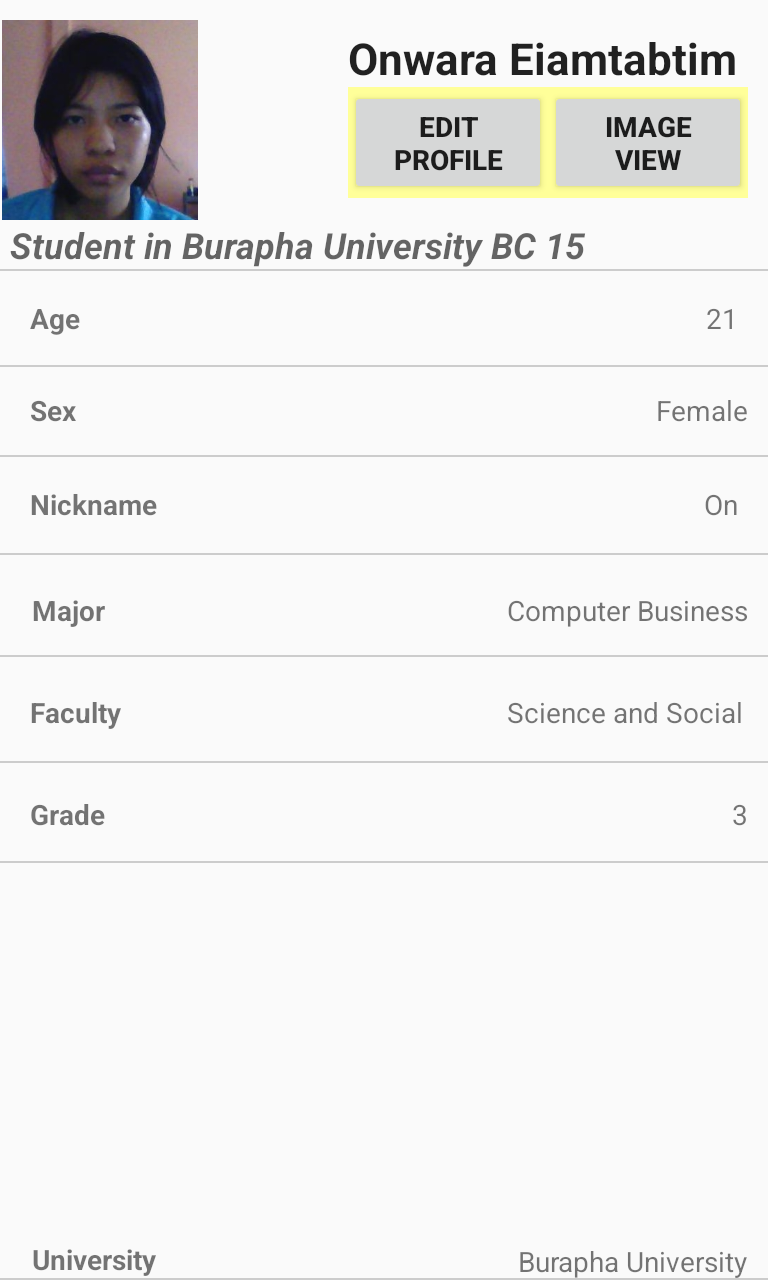
Repository: Android55410599/PROFILE
Layout: Resume_55410559/res/layout/activity_main.xml
The author's editor kept a copy of each file at every save. The layout is drawn from the files as they stood at one save, then again after the next save.
It is drawn on a 768 x 1280 px phone screen (xhdpi) without system bars, with theme AppTheme; the app's code is not run.

Above is the layout before, as saved 2014-09-03 13:26:19.

After the next save:
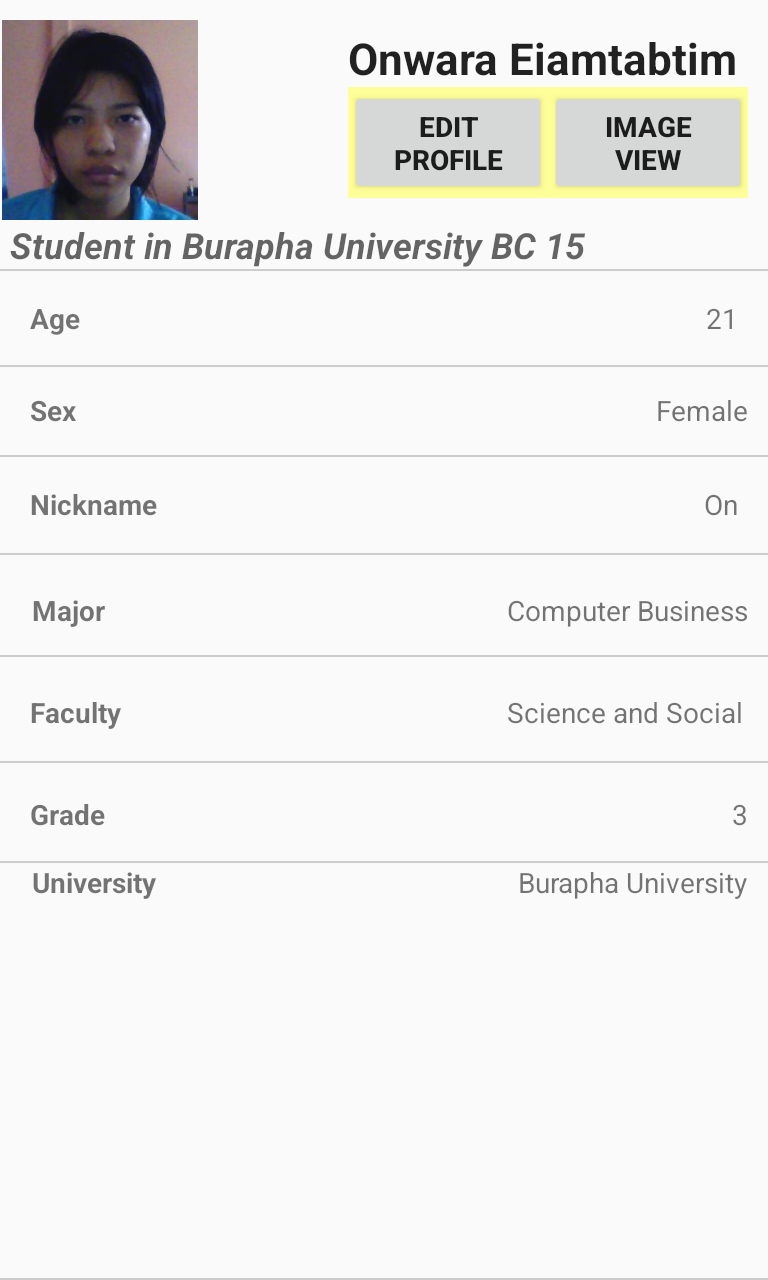
Saved 33 s later.
--- a/Resume_55410559/res/layout/activity_main.xml
+++ b/Resume_55410559/res/layout/activity_main.xml
@@ -239,38 +239,39 @@
         android:text="Grade"
         android:textStyle="bold" />
 
+    <View
+        android:id="@+id/View05"
+        android:layout_width="wrap_content"
+        android:layout_height="1dp"
+        android:layout_alignParentBottom="true"
+        android:layout_alignParentLeft="true"
+        android:background="#cccccc" />
+
+    <View
+        android:id="@+id/View04"
+        android:layout_width="wrap_content"
+        android:layout_height="1dp"
+        android:layout_alignParentLeft="true"
+        android:layout_below="@+id/textView14"
+        android:layout_marginTop="14dp"
+        android:background="#cccccc" />
+
+    <TextView
+        android:id="@+id/textView15"
+        android:layout_width="wrap_content"
+        android:layout_height="wrap_content"
+        android:layout_alignLeft="@+id/textView9"
+        android:layout_below="@+id/View04"
+        android:text="University"
+        android:textStyle="bold" />
+
     <TextView
         android:id="@+id/textView16"
         android:layout_width="wrap_content"
         android:layout_height="wrap_content"
-        android:layout_alignBottom="@+id/View05"
+        android:layout_alignBaseline="@+id/textView15"
+        android:layout_alignBottom="@+id/textView15"
         android:layout_alignRight="@+id/textView10"
         android:text="Burapha University" />
 
-    <View
-        android:id="@+id/View05"
-        android:layout_width="wrap_content"
-        android:layout_height="1dp"
-        android:layout_alignParentBottom="true"
-        android:layout_alignParentLeft="true"
-        android:background="#cccccc" />
-
-    <TextView
-        android:id="@+id/textView15"
-        android:layout_width="wrap_content"
-        android:layout_height="wrap_content"
-        android:layout_above="@+id/View05"
-        android:layout_alignLeft="@+id/textView9"
-        android:text="University"
-        android:textStyle="bold" />
-
-    <View
-        android:id="@+id/View04"
-        android:layout_width="wrap_content"
-        android:layout_height="1dp"
-        android:layout_alignParentLeft="true"
-        android:layout_below="@+id/textView14"
-        android:layout_marginTop="14dp"
-        android:background="#cccccc" />
-
 </RelativeLayout>
